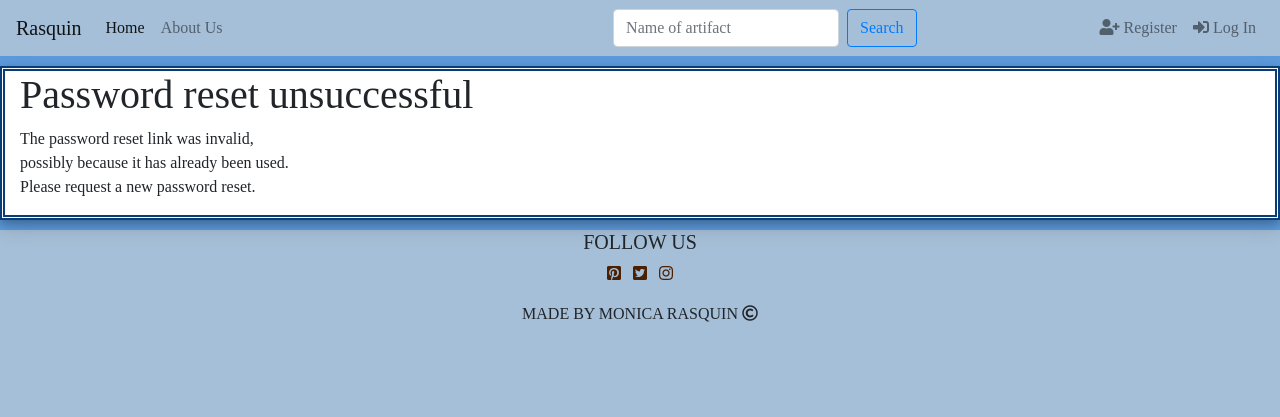
Repository: Rasquin/auction
Page: templates/registration/password_reset_confirm.html
The author's editor kept a record of every edit. The page is drawn from the files as they stood at one moment, then again after the next edit.
The browser window is 1280 px wide. The pictures show the whole page.
Some web fonts or font styles are not loaded; a fallback is used. The template is drawn by Django 2.2. The application's start-up code is not run. Other server files are loaded and not shown. The template is opened directly, without the code that normally fills it, so the values that code supplies are empty.

Above is the page before.

### templates/registration/password_reset_confirm.html
{% extends "base.html" %}
{% block page_title %}Setting New password{% endblock %}

{% block content %}
<div class="container-fluid panel-body">
    {% if validlink %}
        <p>Please enter your new password twice.<br />
           So we can verify you typed it in correctly.</p>
        <form action="" method="post" class="accountform">
            <div style="display:none">
                <input type="hidden" value="{{ csrf_token }}" name="csrfmiddlewaretoken">
            </div>
            <table>
                <tr>
                    <td>{{ form.new_password1.errors }}
                        <label for="id_new_password1">New password:</label></td>
                    <td>{{ form.new_password1 }}</td>
                </tr>
                <tr>
                    <td>{{ form.new_password2.errors }}
                        <label for="id_new_password2">Confirm password:</label></td>
                    <td>{{ form.new_password2 }}</td>
                </tr>
                <tr>
                    <td></td>
                    <td><input type="submit" value="Change my password" /></td>
                </tr>
            </table>
        </form>
    {% else %}
        <h1>Password reset unsuccessful</h1>
        <p>The password reset link was invalid, <br />
        possibly because it has already been used. <br />
        Please request a new password reset.</p>
    {% endif %}
</div>
{% endblock %}

### templates/base.html
<!DOCTYPE html>

{% load staticfiles %}


<html lang="en">

<head>
    <meta charset="UTF-8">
    <meta name="viewport" content="width=device-width, initial-scale=1.0">
    <meta http-equiv="X-UA-Compatible" content="ie=edge">

    <!-- favicon icon-->
	<link rel="shortcut icon" href="{% static 'icon/lizzy.ico' %}" />

    <!-- Bootstrap compiled and minified CSS -->
    <link rel="stylesheet" href="https://stackpath.bootstrapcdn.com/bootstrap/4.3.1/css/bootstrap.min.css" integrity="sha384-ggOyR0iXCbMQv3Xipma34MD+dH/1fQ784/j6cY/iJTQUOhcWr7x9JvoRxT2MZw1T" crossorigin="anonymous">

    <!-- Font Awesome compiled and minified CSS -->
    <link rel="stylesheet" href="{% static 'font-awesome/css/all.css' %}">

    <!-- Google Fonts-->
    <link href="https://fonts.googleapis.com/css?family=Germania+One&display=swap" rel="stylesheet">

    <!-- Own CSS -->
    <link rel="stylesheet" href="{% static 'css/mystyle.css' %}" type="text/css" />


    <!-- Own Scripts -->
    <script type="text/javascript" src="{% static 'js/myscript.js' %}"></script>

    <title>{% block page_title %}{% endblock %}</title>

</head>


<body>
    <!-- NavBar area -->
    <nav class="navbar navbar-expand-lg navbar-light bg-light">
        <!-- NavBar Brand-->
        <a class="navbar-brand" href="#">Rasquin</a>
        <button class="navbar-toggler" type="button" data-toggle="collapse" data-target="#navbarSupportedContent" aria-controls="navbarSupportedContent" aria-expanded="false" aria-label="Toggle navigation">
            <span class="navbar-toggler-icon"></span>
        </button>

        <div class="collapse navbar-collapse" id="navbarSupportedContent">
            <!-- NavBar Home & ABout-->
            <ul class="navbar-nav mr-auto">
                <li class="nav-item active">
                    <a class="nav-link" href="{% url 'index' %}">Home <span class="sr-only">(current)</span></a>
                </li>
                <li class="nav-item">
                    <a class="nav-link" href="{% url 'about' %}">About Us</a>
                </li>

            </ul>
            <!-- NavBar Search -->
            <form action="{% url 'search_by_name' %}" method="get" class="form-inline my-2 my-lg-0 margin-search-form">
                {% csrf_token %}
                <input class="form-control mr-sm-2" id="artifact_name" name="artifact_name" required placeholder="Name of artifact" aria-label="Search">
                <button class="btn btn-outline-primary my-2 my-sm-0" type="search">Search</button>
            </form>
            <!-- NavBar User status-->
            <ul class="navbar-nav navbar-right">
                    {% if user.is_authenticated %}
                        <li class="nav-item">
                            <a class="nav-link" href="{% url 'profile' %}"><i class="fa fa-user"></i> Profile</a>
                        </li>
                        <li class="nav-item">
                            <a class="nav-link" href="{% url 'logout' %}"><i class="fa fa-sign-out-alt"></i> Log Out</a>
                        </li>
                        <li class="nav-item">
                            <a class="nav-link" href="{% url 'view_my_biddings' %}"><i class="fas fa-gavel"></i>My Biddings </a>
                        </li>
                    {%  else %}
                        <li class="nav-item">
                            <a class="nav-link" href="{% url 'register' %}"><i class="fa fa-user-plus"></i> Register</a>
                        </li>
                        <li class="nav-item">
                            <a class="nav-link" href="{% url 'login' %}"><i class="fa fa-sign-in-alt"></i> Log In</a>
                        </li>
                    {% endif %}
                </ul>
        </div>
    </nav>

    <!-- Filter area -->
    {% block filter %}{% endblock %}

    <!-- Messages area -->
    {% if messages %}
    <div class="alert alert-success">
            <div class="messages">
                {% for message in messages %}
                    {{ message }}
                {% endfor %}
            </div>
        </div>
    {% endif %}

    <!-- Content area -->
    <div class="container-general">

        <!-- Block content area -->
        {% block content %} {% endblock %}

    </div>

    <!-- Footer area -->
    <footer class="container-fluid">


        <!-- SOCIAL MEDIA-->
        <div class="row ">
            <div class="col-12 text-center">
                <h5 class="text-uppercase">Follow Us</h5>
                <ul class="list-inline social-links">
                    <li class="list-inline-item"><a href="#"><i class="fab fa-pinterest-square"  aria-hidden="true"></i></a></li>
                    <li class="list-inline-item"><a href="#"><i class="fab fa-twitter-square" aria-hidden="true"></i></a></li>
                    <li class="list-inline-item"><a href="#"><i class="fab fa-instagram" aria-hidden="true"></i></a></li>
                </ul>
            </div>
        </div>

        <!--COPYRIGHT-->
        <div class="row ">
            <div class="col-12">

                <p class="text-center text-uppercase">Made by Monica Rasquin <i class="far fa-copyright"></i> </p>
            </div>
        </div>
    </footer>


    <!-- Bootstrap compiled and minified JavaScript -->
    <script src="https://code.jquery.com/jquery-3.3.1.slim.min.js" integrity="sha384-q8i/X+965DzO0rT7abK41JStQIAqVgRVzpbzo5smXKp4YfRvH+8abtTE1Pi6jizo" crossorigin="anonymous"></script>
    <script src="https://cdnjs.cloudflare.com/ajax/libs/popper.js/1.14.7/umd/popper.min.js" integrity="sha384-UO2eT0CpHqdSJQ6hJty5KVphtPhzWj9WO1clHTMGa3JDZwrnQq4sF86dIHNDz0W1" crossorigin="anonymous"></script>
    <script src="https://stackpath.bootstrapcdn.com/bootstrap/4.3.1/js/bootstrap.min.js" integrity="sha384-JjSmVgyd0p3pXB1rRibZUAYoIIy6OrQ6VrjIEaFf/nJGzIxFDsf4x0xIM+B07jRM" crossorigin="anonymous"></script>
    {% block head_js %} {% endblock %}

</body>
</html>

### static/js/myscript.js
//--------------------------------------Slider for Prices filter
function getPriceVals() {
    // Get slider price values
    var parent = this.parentNode;
    var slides = parent.getElementsByTagName("input");
    var slide1 = parseFloat(slides[0].value);
    var slide2 = parseFloat(slides[1].value);
    // Neither slider will clip the other, so make sure we determine which is larger
    if (slide1 > slide2) { var tmp = slide2;
        slide2 = slide1;
        slide1 = tmp; }

    var displayElement = parent.getElementsByClassName("rangePriceValues")[0];
    displayElement.innerHTML = "€ " + slide1 + " - €" + slide2;
}

//--------------------------------------Slider for Year filter
function getYearVals() {
    // Get Year slider values
    var parent = this.parentNode;
    var slides = parent.getElementsByTagName("input");
    var slide1 = parseFloat(slides[0].value);
    var slide2 = parseFloat(slides[1].value);
    // Neither slider will clip the other, so make sure we determine which is larger
    if (slide1 > slide2) { var tmp = slide2;
        slide2 = slide1;
        slide1 = tmp; }

    var displayElement = parent.getElementsByClassName("rangeYearValues")[0];
    displayElement.innerHTML = "From " + slide1 + " To " + slide2;
}

//----------------------------------------------- Initialize Sliders
window.onload = function() {
    // For Price
    var sliderSectionsPrice = document.getElementsByClassName("range-slider-price");
    for (var x = 0; x < sliderSectionsPrice.length; x++) {
        var slidersPrice = sliderSectionsPrice[x].getElementsByTagName("input");
        for (var y = 0; y < slidersPrice.length; y++) {
            if (slidersPrice[y].type === "range") {
                slidersPrice[y].oninput = getPriceVals;
                // Manually trigger event first time to display values
                slidersPrice[y].oninput();
            }
        }
    }
    // For Year
    var sliderSectionsYear = document.getElementsByClassName("range-slider-year");
    for (var x = 0; x < sliderSectionsYear.length; x++) {
        var slidersYear = sliderSectionsYear[x].getElementsByTagName("input");
        for (var y = 0; y < slidersYear.length; y++) {
            if (slidersYear[y].type === "range") {
                slidersYear[y].oninput = getYearVals;
                // Manually trigger event first time to display values
                slidersYear[y].oninput();
            }
        }
    }
}

Loaded but not shown: static/font-awesome/css/all.css (library); static/css/mystyle.css (common file)

After the next edit:
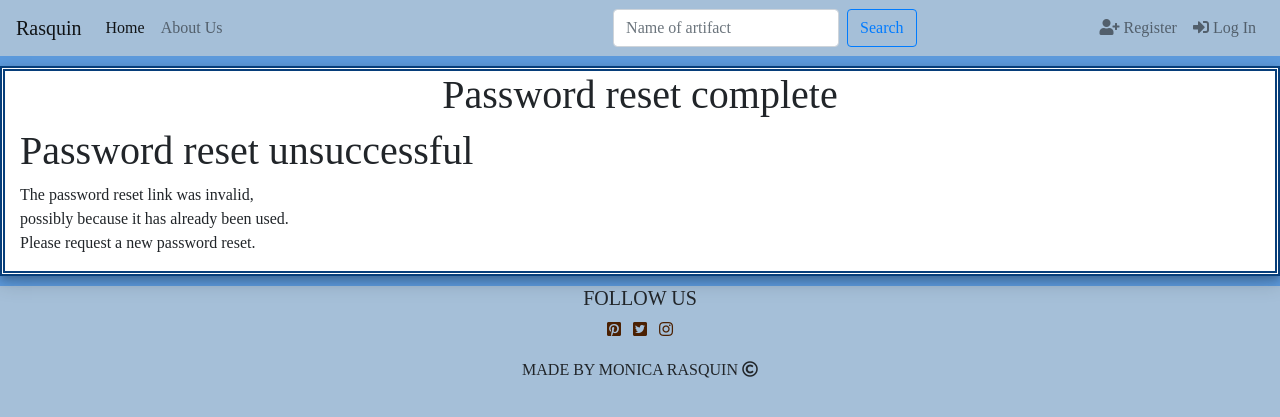
The edit:
--- a/templates/registration/password_reset_confirm.html
+++ b/templates/registration/password_reset_confirm.html
@@ -3,6 +3,7 @@
 
 {% block content %}
 <div class="container-fluid panel-body">
+    <h1 class="text-center">Password reset complete</h1>
     {% if validlink %}
         <p>Please enter your new password twice.<br />
            So we can verify you typed it in correctly.</p>
